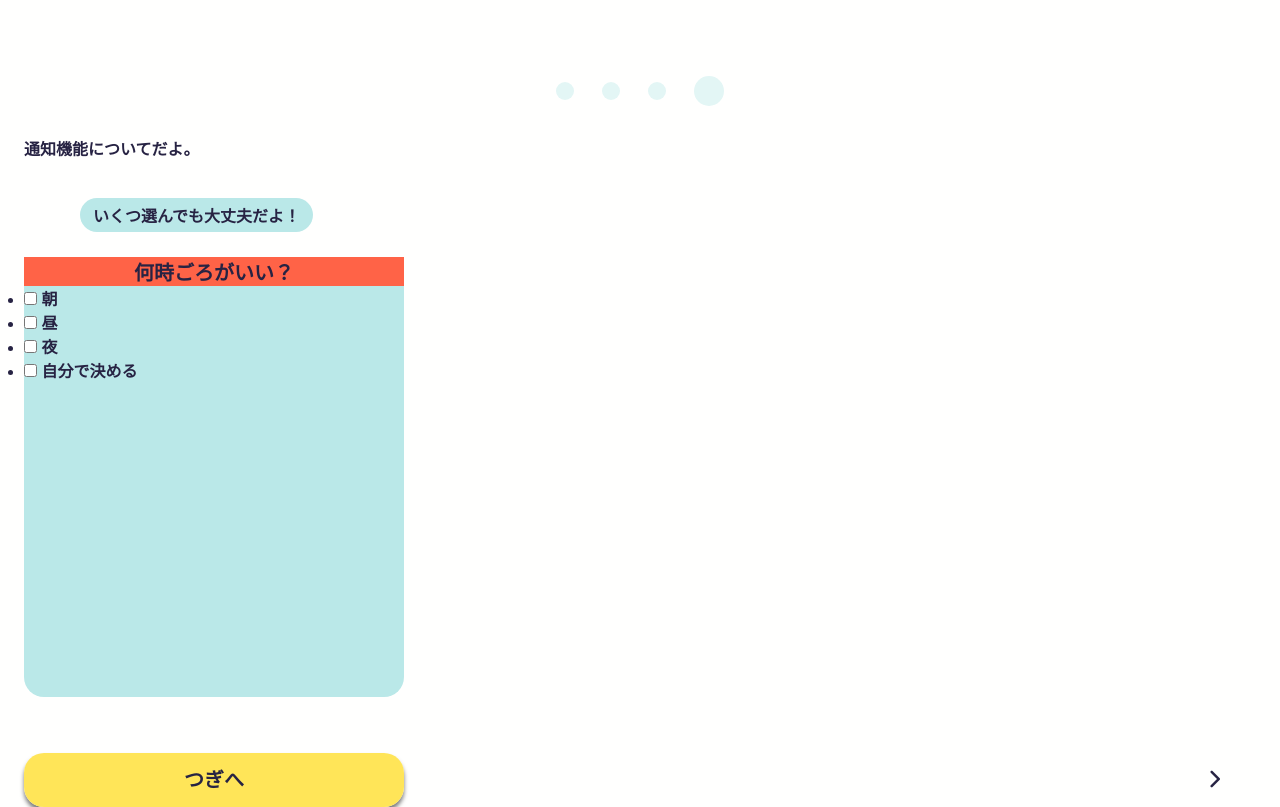
Repository: misaki0919/Self-care
Page: notice.html
The author's editor kept a copy of each file at every save. The page is drawn from the files as they stood at one save, then again after the next save.
The browser window is 1280 px wide. The pictures show the whole page.
Some web fonts or font styles are not loaded; a fallback is used.

Above is the page before, as saved 2026-07-19 22:12:58.

After the next save:
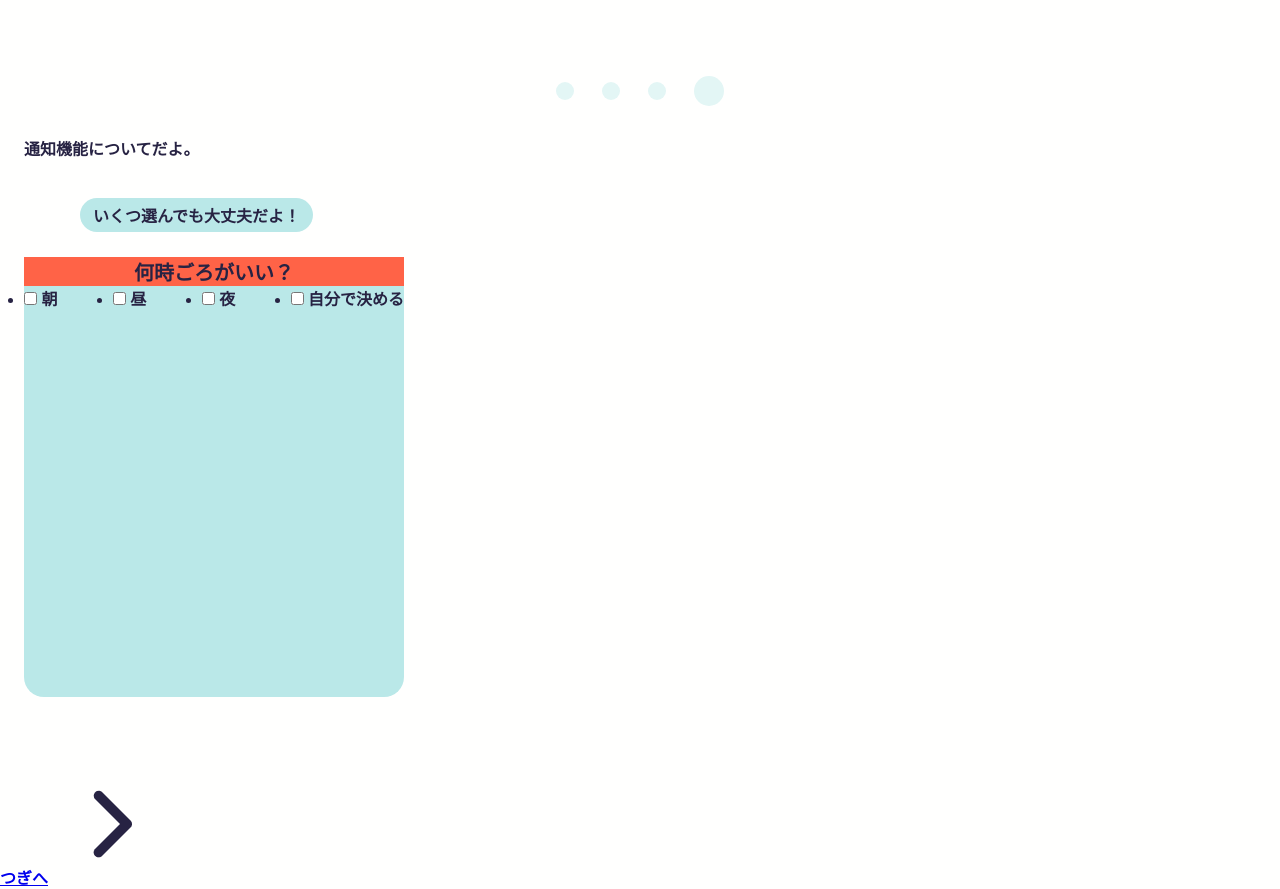
Saved 66 s later.
--- a/css/notice.css
+++ b/css/notice.css
@@ -62,6 +62,10 @@ body{
         text-align: center;
 
     }
+        ul{
+        display: flex;
+        justify-content: space-between;
+        flex-wrap: wrap;
 
 }
 
